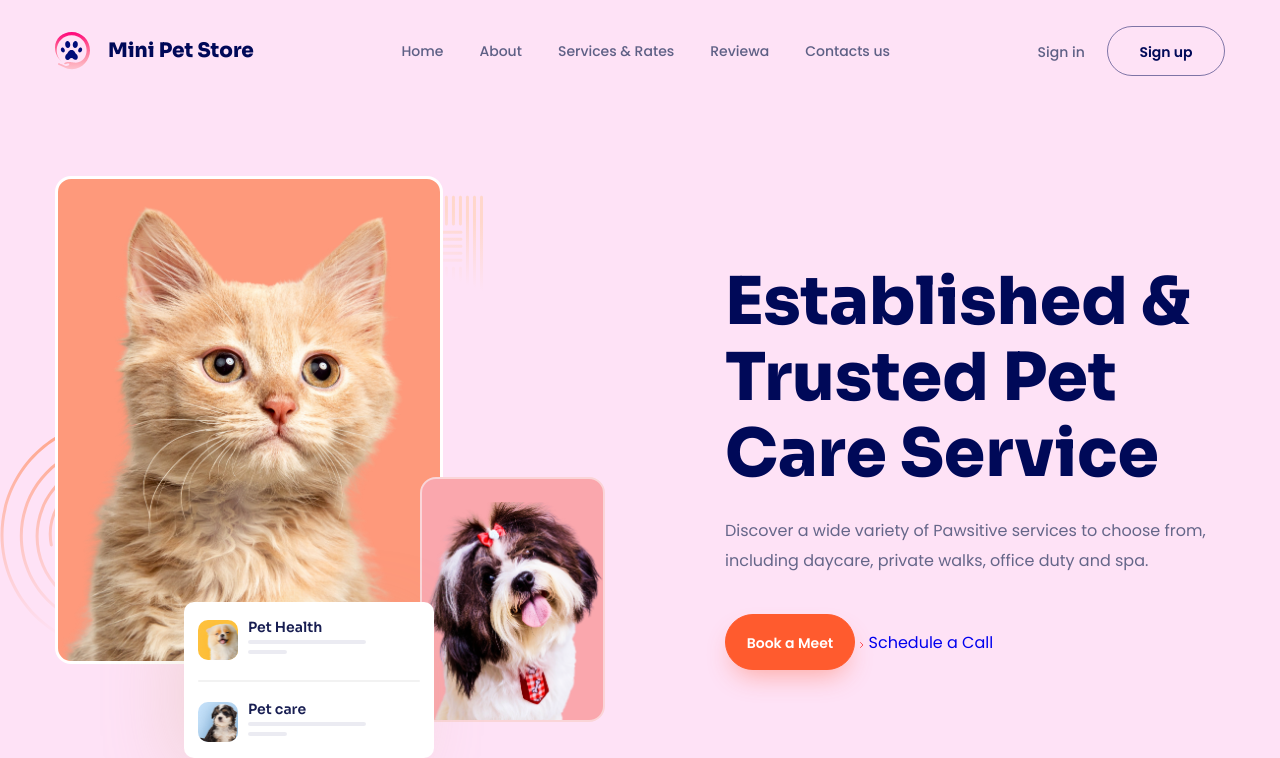
Repository: Tran-Dat/ASM-HTML5-F8-04
Page: index.html
These files come from the project's save history. The page is drawn as it stood at one moment and after the next save; the edit follows.
The browser window is 1280 px wide. The pictures show the whole page.

Above is the page before, as saved 2023-06-12 16:52:45.

After the next save:
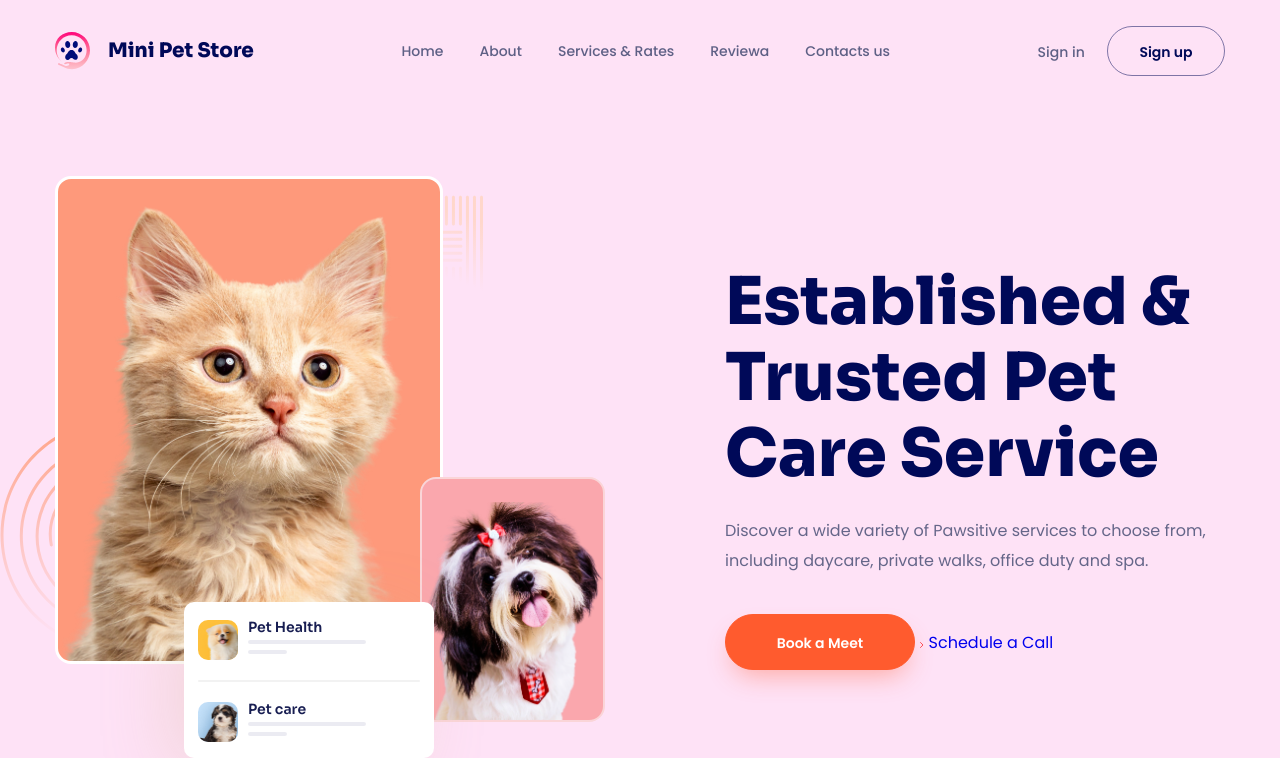
Saved 26 s later.
--- a/assets/css/styles.css
+++ b/assets/css/styles.css
@@ -259,5 +259,6 @@
 }
 
 .hero__cta-btn {
+    min-width: 190px;
     box-shadow: 0px 13px 26px -8px rgba(255, 91, 46, 0.42);
 }
